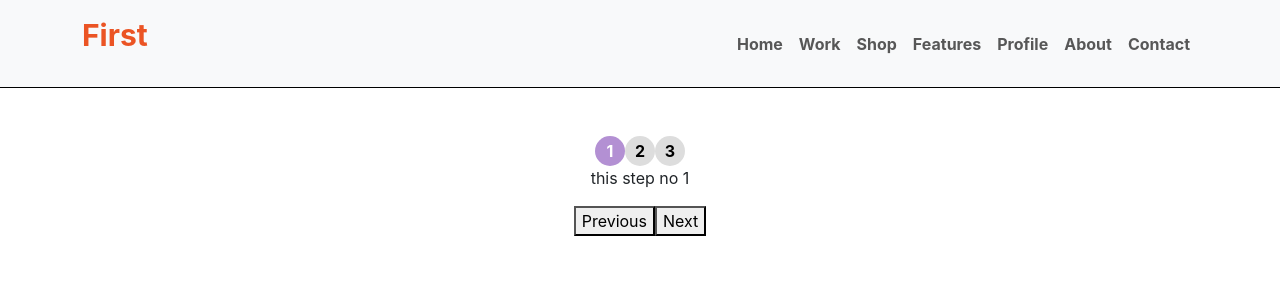
Repository: Hager-h/temple
Page: /contact
An editor plug-in stored every save of this project. The page is shown before and after the next save, followed by the edit.
The browser window is 1280 px wide. The pictures show the whole page.
The project was rebuilt for these pictures with package versions that can differ from the ones it lists, and the page was loaded fresh each time. Also part of the build but not shown: src/components/work/work.css, src/components/hook/Hook.js, src/components/work/Work.js, src/components/hook2/Hook2.js, src/components/portfolio/Portfolio.js, src/components/footer/Footer.js, src/components/social/Social.js, src/components/about/About.js and 10 more.

Above is the page before, as saved 2023-07-19 15:30:04.

### src/index.js
import React from 'react';
import ReactDOM from 'react-dom/client';
import "../node_modules/bootstrap/dist/css/bootstrap.min.css"
import "../node_modules/bootstrap/dist/js/bootstrap.min.js"
import './index.css';

import App from './App';
import reportWebVitals from './reportWebVitals';
import { BrowserRouter } from 'react-router-dom';

const root = ReactDOM.createRoot(document.getElementById('root'));
root.render(
  <BrowserRouter>
  <App />
  </BrowserRouter>
);

// If you want to start measuring performance in your app, pass a function
// to log results (for example: reportWebVitals(console.log))
// or send to an analytics endpoint. Learn more: https://bit.ly/CRA-vitals
reportWebVitals();

### src/App.js
import './App.css';
import Home from "./components/home/Home"
import Contact from "./components/contact/index"
import Nav from "./components/navbar/Nav"
import {Routes,Route} from "react-router-dom"
import Shop from './components/Shop/Shop';
import Card  from './components/card/Card';
function App() {
  return (
    <div className="App">
    <Nav />
    <Routes>
    <Route path="/" element={<Home />} />
    <Route path="/contact" element={<Contact />} />
    <Route path="/shop" element={<Shop />} />
    <Route path="shop/:cardId" element={<Card />} />

    </Routes>




    </div>
  );
}

export default App;

### src/components/contact/index.js
import React from 'react'
import "./contact.css"
export default function Contact() {
  return (
    <div className="con container">
      <div className="contact mt-5">
      <div className="btn-cont">
      <button className=" circle">1</button>
      <button className="circle">2</button>
      <button className="circle">3</button>

        </div>
        <p> this step no 1</p>
        <div className="btns">
          <button>Previous</button>
          <button>Next</button>
        </div>
      </div>


    </div>
  )
}

### src/components/navbar/Nav.js
import React from "react"
import { Link } from 'react-router-dom'

import "./navStyle.css"
export default function Nav() {
  return (



    <nav className="navbar navbar-expand-lg bg-body-tertiary ">
    <div className="container ">
      <p className="navbar-brand logo-text" >First</p>
      <button className="navbar-toggler" type="button" data-bs-toggle="collapse" data-bs-target="#navbarNavAltMarkup" aria-controls="navbarNavAltMarkup" aria-expanded="false" aria-label="Toggle navigation">
        <span className="navbar-toggler-icon"></span>
      </button>
      <div className="collapse navbar-collapse  " id="navbarNavAltMarkup">
        <div className="navbar-nav ms-auto">
          <Link className="nav-link " to="/">Home</Link>
          <Link className="nav-link" to="/work">Work</Link>
          <Link className="nav-link" to="/shop">Shop</Link>
          <Link className="nav-link" to="/feat">Features</Link>
          <Link className="nav-link" to="/profile">Profile</Link>
          <Link className="nav-link" to="/about">About</Link>
          <Link className="nav-link" to="/contact">Contact</Link>
        </div>

      </div>
    </div>
  </nav>

















  )
}

### src/components/contact/contact.css
.circle{
  width:30px;
  height:30px;
  background-color:#ddd;
  border-radius:50%;
  outline:none;
  font-weight:bolder;
border:none;
text-align:center;

}
.circle:first-child{
  background-color: rgb(179, 144, 211);
  color:white;
}
.btns-contact{
  display:flex;
  justify-content:center;
  align-items:center;
}
.cilcle:not(:last-child){
  margin-right:20px;
}

### src/components/navbar/navStyle.css
.navbar {
  background: #fff;
  border-bottom: 1px solid #000;


}




 .logo-text {
  font-size: 30px;
  font-weight: bold;
  color:#eb5424
};
.nav-link{
  font-weight: bolder;}
.nav-link:focus, .nav-link:hover {
  color: #F44336;
}.nav-link:focus, .nav-link:hover {
  color: #F44336;

}
.navbar-nav{
  font-weight: bolder;

}
.navbar-toggler:focus{
  border:2px solid #F44336;
  box-shadow: 0 0 0 #F44336;
}
@media(max-width:570px){
  .text-landing{
    width:100%;
  }
}

### src/components/portfolio/port.css
.port{
  margin-top:30px;
}
.box{position:relative;
  overflow: hidden;


}
 .catgeory{
  display :flex;
  justify-content: center;
  align-items: center;
  margin-top: 30px;

 }
 .catgeory p:not(:last-child){
  margin-right: 22px;
 }
.catgeory p{
  cursor:pointer;
  font-weight: bold;

}
.catgeory p:hover,.orange{
  color: #F44336;
}


  .port-image{
    max-width:100%;

 }
 span{
  border:1px solid #F44336;
  position: absolute;
  top:50%;
  left:50%;
  transform: translate(-50%,-50%);
  -webkit-transform: translate(-50%,-50%);
  -moz-transform: translate(-50%,-50%);
  -ms-transform: translate(-50%,-50%);
  -o-transform: translate(-50%,-50%);
  background-color: aliceblue;
  padding: 8px 8px;
  border-radius: 14px;
  -webkit-border-radius: 14px;
  -moz-border-radius: 14px;
  -ms-border-radius: 14px;
  -o-border-radius: 14px;
  cursor:pointer;
  font-weight:bolder;
  opacity:0;

}
.overlay{
  position: absolute;
  top: 0;
  left: 0;
  bottom: 0;
  right: 0;
  background: rgba(224, 158, 138, 0.5);
  font-size: 15px;
  opacity: 0;
  max-width:100% ;
}
.box:hover .overlay,
.box:hover span{
  opacity: 1;
}

Loaded but not shown: public/index.html (common file); src/index.css (common file); src/reportWebVitals.js (common file); src/App.css (common file)

After the next save:
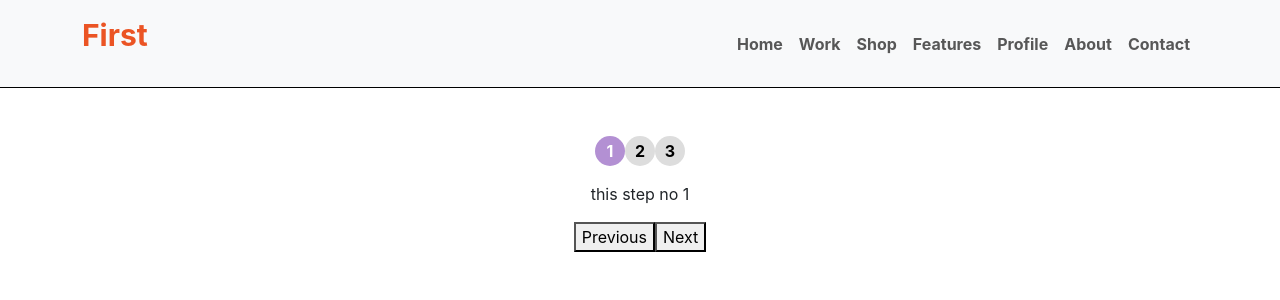
Saved 24 s later.
--- a/src/components/contact/index.js
+++ b/src/components/contact/index.js
@@ -4,7 +4,7 @@ export default function Contact() {
   return (
     <div className="con container">
       <div className="contact mt-5">
-      <div className="btn-cont">
+      <div className="btn-cont mt-3 mb-3">
       <button className=" circle">1</button>
       <button className="circle">2</button>
       <button className="circle">3</button>
